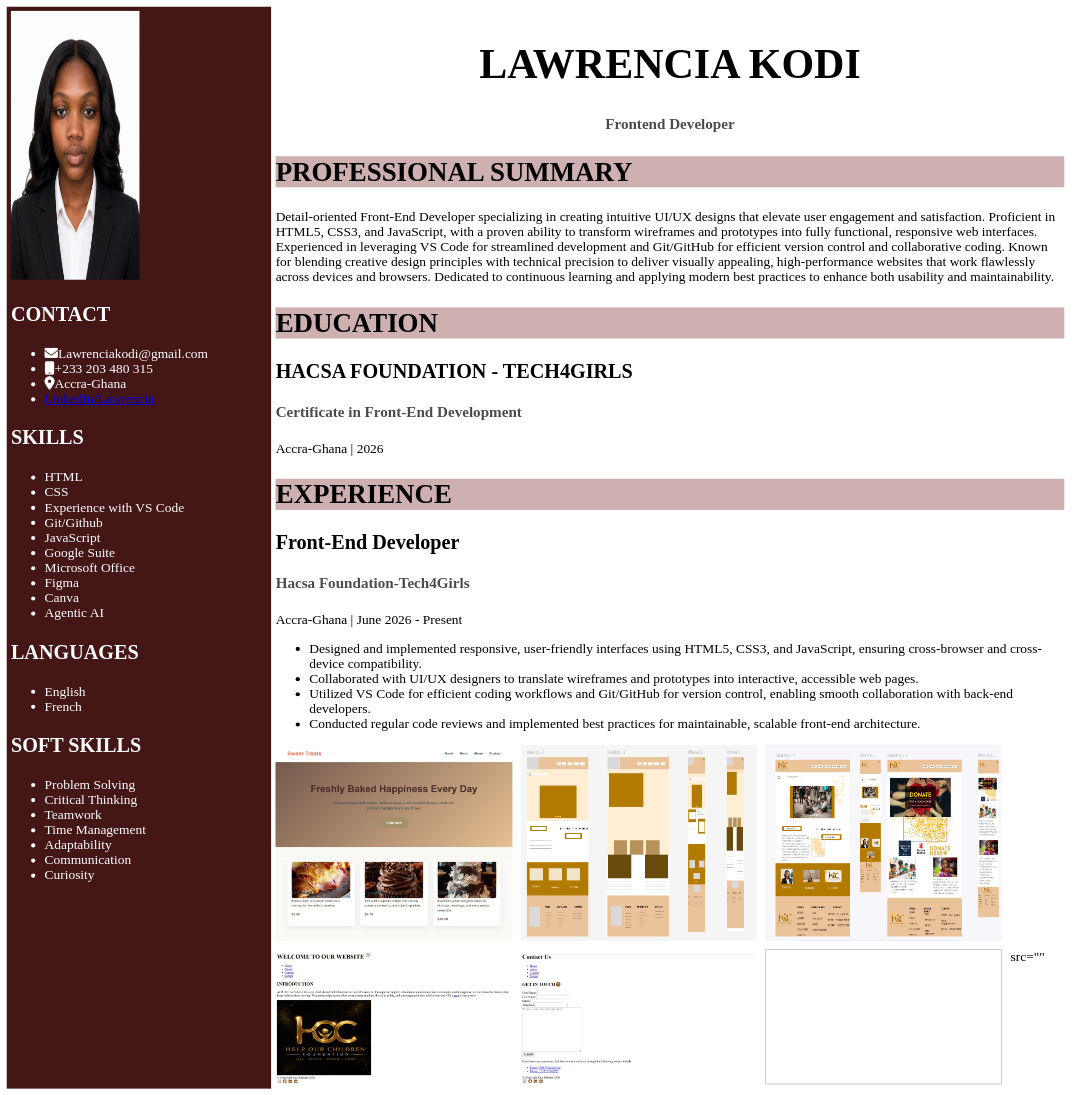
Repository: lawrencia-coder/T4G_CV
Page: index.html
These files come from the project's save history. The page is drawn as it stood at one moment and after a run of saves; the edit follows.
The browser window is 1280 px wide. The pictures show the whole page, at 84% of full size.
Some icons come from a web library that is not loaded, so they are not drawn. Some web libraries are served in a nearby version.

Above is the page before, as saved 2026-07-15 08:50:12.

### index.html
<!DOCTYPE html>
<html lang="en">
<head>
    <meta charset="UTF-8">
    <meta name="viewport" content="width=device-width, initial-scale=1.0">
    <script src="https://kit.fontawesome.com/c72fc9c022.js" crossorigin="anonymous"></script>
    <title>T4G_CV</title>
    <link rel="stylesheet" href="style.css">
</head>
<body>
    <div class="cv-container">
        <div class="left-column">
            <img src="images/passport pic 1.png" alt="" width="50%" height="25%">
            <h3>CONTACT</h3>
             <p>
              <ul>
                <li><i class="fa-solid fa-envelope" style="color: rgb(255, 255, 255);"></i>Lawrenciakodi@gmail.com</li>
                <li><i class="fa-solid fa-mobile" style="color: rgb(255, 255, 255);"></i>+233 203 480 315</li>
                <li><i class="fa-solid fa-location-dot" style="color: rgb(255, 255, 255);"></i>Accra-Ghana</li>
                <li><i class="fa-brands fa-square-linkedin" style="color: rgb(255, 255, 255);"></i><a href="www.linkedin.com/in/lawrencia-kodi-192a71305" target="_blank" rel="noopener noreferrer">LinkedIn/Lawrencia</a></li>
              </ul>
             </p>

            <h3>SKILLS</h3>
             <p>
                <ul>
                    <li>HTML</li>
                    <li>CSS</li>
                    <li>Experience with VS Code</li>
                    <li>Git/Github</li>
                    <li>JavaScript</li>
                    <li>Google Suite</li>
                    <li>Microsoft Office</li>
                    <li>Figma</li>
                    <li>Canva</li>
                    <li>Agentic AI</li>
                </ul>
             </p>

             <h3>LANGUAGES</h3>
             <p>
                <ul>
                    <li>English</li>
                    <li>French</li>
                </ul>
             </p>

             <h3>SOFT SKILLS</h3>
             <p>
                <ul>
                    <li>Problem Solving</li>
                    <li>Critical Thinking</li>
                    <li>Teamwork</li>
                    <li>Time Management</li>
                    <li>Adaptability</li>
                    <li>Communication</li>
                    <li>Curiosity</li>
                </ul>
             </p>
        </div>
         <div class="right-column">
             <h1>LAWRENCIA KODI  </h1>
             <h4 style="text-align: center;">Frontend Developer</h4>
             <h2>PROFESSIONAL SUMMARY</h2>
              <p>Detail-oriented Front-End Developer specializing in creating intuitive UI/UX designs that elevate user engagement and satisfaction.
                 Proficient in HTML5, CSS3, and JavaScript, with a proven ability to transform wireframes and prototypes into fully functional, responsive web interfaces.
                 Experienced in leveraging VS Code for streamlined development and Git/GitHub for efficient version control and collaborative coding.
                 Known for blending creative design principles with technical precision to deliver visually appealing, high-performance websites that work flawlessly across devices and browsers.
                 Dedicated to continuous learning and applying modern best practices to enhance both usability and maintainability.
                </p>

                <h2>EDUCATION</h2>
                <h3>HACSA FOUNDATION - TECH4GIRLS</h3>
                <h4>Certificate in Front-End Development</h4>
                <p>Accra-Ghana   |   2026</p>

                <h2>EXPERIENCE</h2>
                <p>
                    <h3>Front-End Developer</h3>
                    <h4>Hacsa Foundation-Tech4Girls </h4>
                    <p2>Accra-Ghana   |   June 2026 - Present</p2>
                </p>
                 <p>
                    <ul>
                        <li>Designed and implemented responsive, user-friendly interfaces using HTML5, CSS3, and JavaScript, ensuring cross-browser and cross-device compatibility.</li>
                        <li>Collaborated with UI/UX designers to translate wireframes and prototypes into interactive, accessible web pages.</li>
                        <li>Utilized VS Code for efficient coding workflows and Git/GitHub for version control, enabling smooth collaboration with back-end developers.</li>
                        <li>Conducted regular code reviews and implemented best practices for maintainable, scalable front-end architecture.</li>
                    </ul>
                 </p>

                 <div class="portfolio">
                    <img src="images/Screenshot_15-7-2026_84035_lawrencia-coder.github.io.jpeg" alt="">
                    <img src="images/Screenshot 2026-07-15 082621.png" alt="">
                    <img src="images/Screenshot 2026-07-15 082739.png" alt="">
                    <img src="images/Screenshot_15-7-2026_83441_lawrencia-coder.github.io.jpeg" alt="">
                    <img src="images/Screenshot_15-7-2026_83647_lawrencia-coder.github.io.jpeg" alt="">
                    <img> src=""
                 </div>
         </div
    </div>

</body>
</html>

### style.css
/* styling headings */
h1{
    text-align: center;
    font-size: 50px;
    margin-bottom: none;
}

h4{
    opacity: calc(70%);
    font-size: large;
}

h2{
    background-color: rgb(206, 176, 176);
    font-size: xx-large;
}

h3{
    font-size: x-large;
}

h5{
font-size: large;
opacity: 80%;
display: flex;
flex-direction: row;
}

h6{
align-self: flex-end;
}


/* styling cv-container */
.cv-container{
    display: flex;
    width: 100%;
    min-height: 100vh;
}

.left-column{
width: 26%;
background-color: rgb(69, 22, 22);
color: white;
padding: 5px;
}

.right-column{
    width: 80%;
    background-color: white;
    color: black;
    padding: 5px;
}
 /* portfolio styling */
.portfolio{
    display: flex;
    flex-wrap: wrap;
    gap: 10px;
}
.portfolio img{
    width: 30%;
    height: auto;
}

After the next 4 saves:
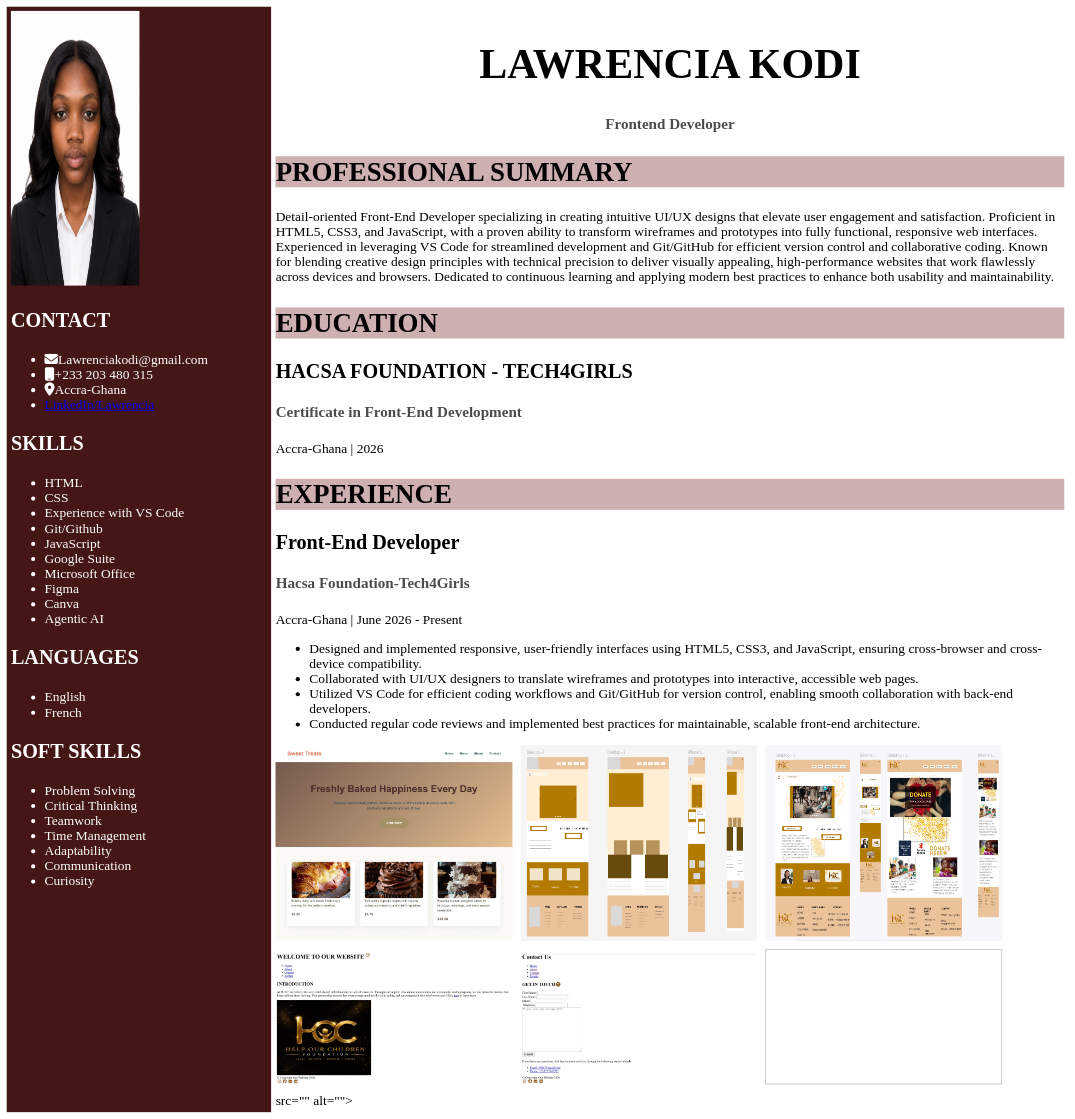
The 4 saves are shown as one change because they came seconds apart.
The last was saved 15 s later.
--- a/index.html
+++ b/index.html
@@ -95,7 +95,7 @@
                     <img src="images/Screenshot 2026-07-15 082739.png" alt="">
                     <img src="images/Screenshot_15-7-2026_83441_lawrencia-coder.github.io.jpeg" alt="">
                     <img src="images/Screenshot_15-7-2026_83647_lawrencia-coder.github.io.jpeg" alt="">
-                    <img> src=""
+                    <img> src="" alt="">
                  </div>
          </div
     </div>

After the save that followed:
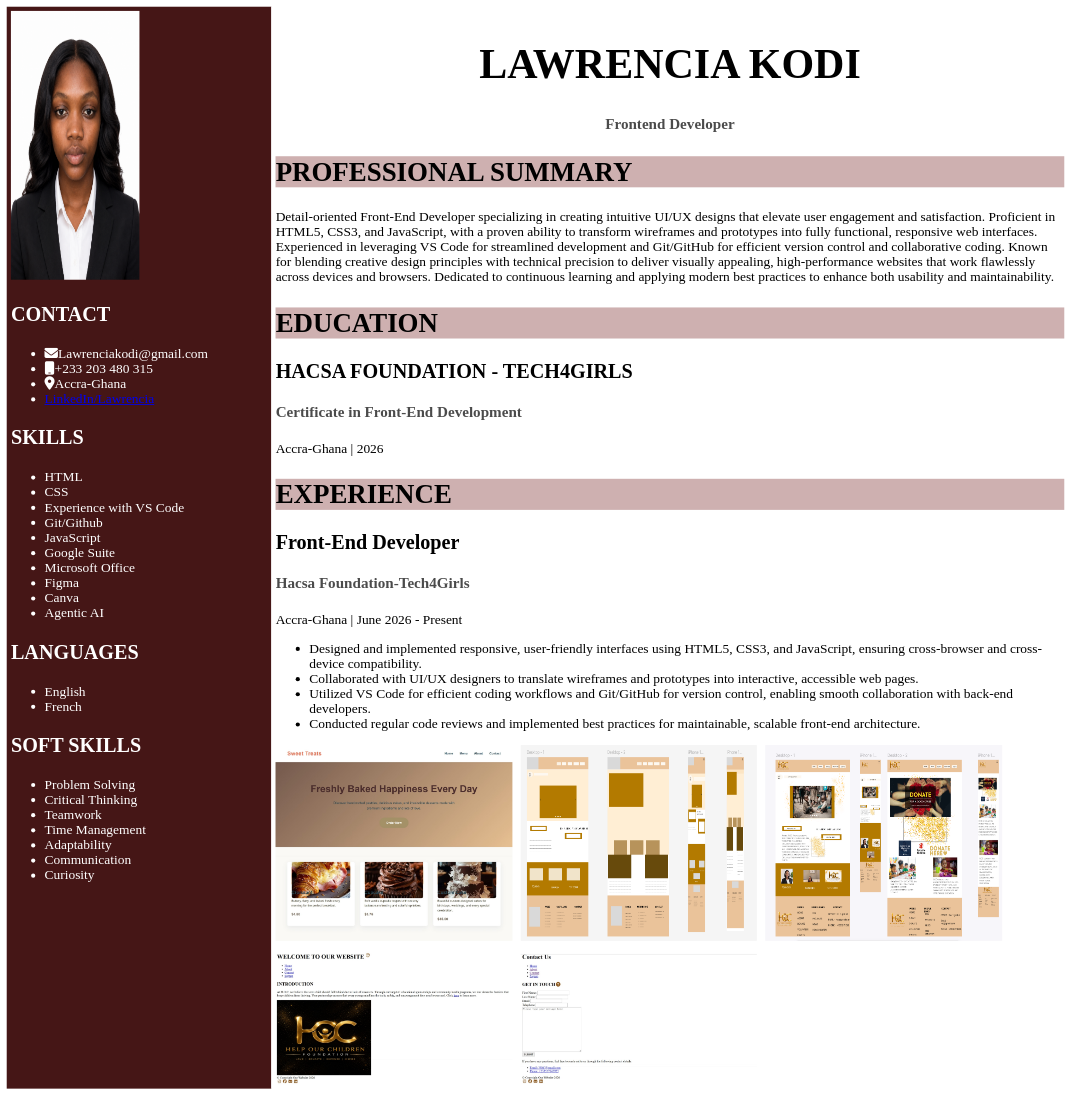
Saved 7 s later.
--- a/index.html
+++ b/index.html
@@ -95,7 +95,7 @@
                     <img src="images/Screenshot 2026-07-15 082739.png" alt="">
                     <img src="images/Screenshot_15-7-2026_83441_lawrencia-coder.github.io.jpeg" alt="">
                     <img src="images/Screenshot_15-7-2026_83647_lawrencia-coder.github.io.jpeg" alt="">
-                    <img> src="" alt="">
+                    <img src="" alt="">
                  </div>
          </div
     </div>
